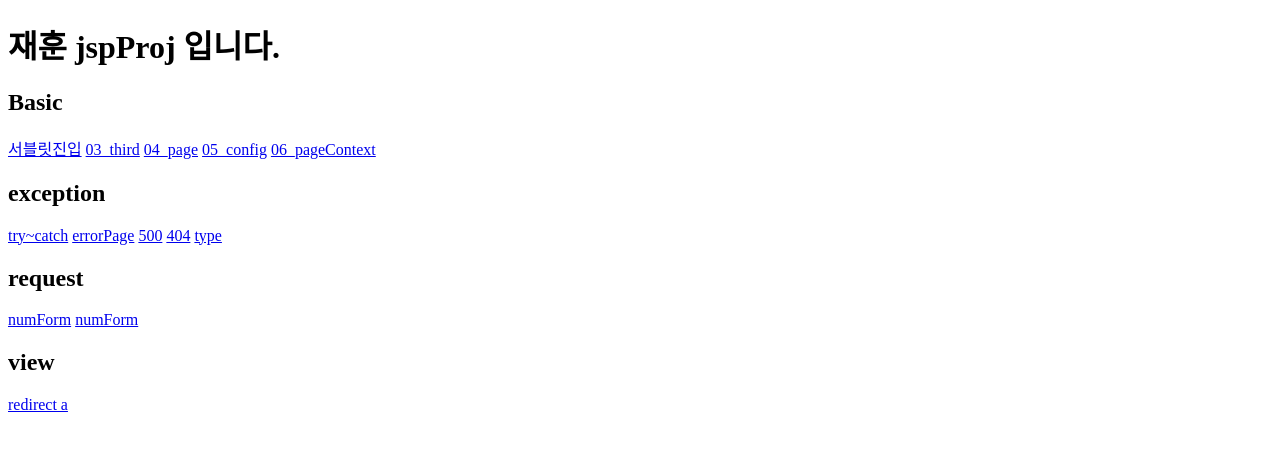
Repository: Jhoon0211/java_work
Page: http://localhost/jspProj/
These files come from the project's save history. The page is drawn as it stood at one moment and after the next save; the edit follows.
The browser window is 1280 px wide. The pictures show the whole page.
The page is served by Tomcat 9.

Above is the page before, as saved 2023-08-02 01:16:13.

After the next save:
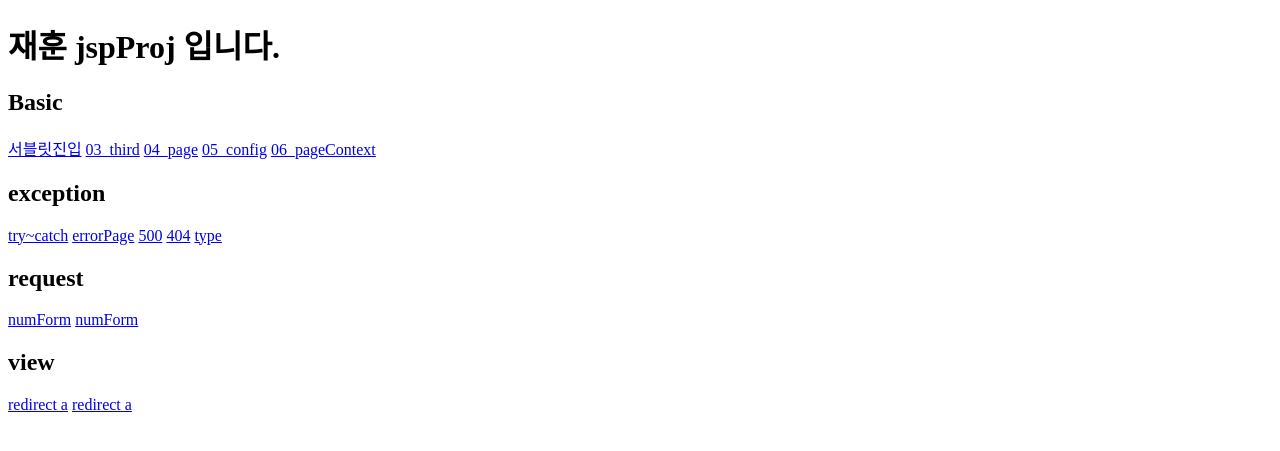
Saved 18 min 30 s later.
--- a/jspProj/src/main/webapp/index.jsp
+++ b/jspProj/src/main/webapp/index.jsp
@@ -26,4 +26,5 @@
 <a href="request/numForm.jsp">numForm</a>
 <h2>view</h2>
 <a href="redirect/a.jsp?nick=ccc">redirect a</a>
+<a href="forward/a.jsp?nick=ccc">redirect a</a>
 </html>
